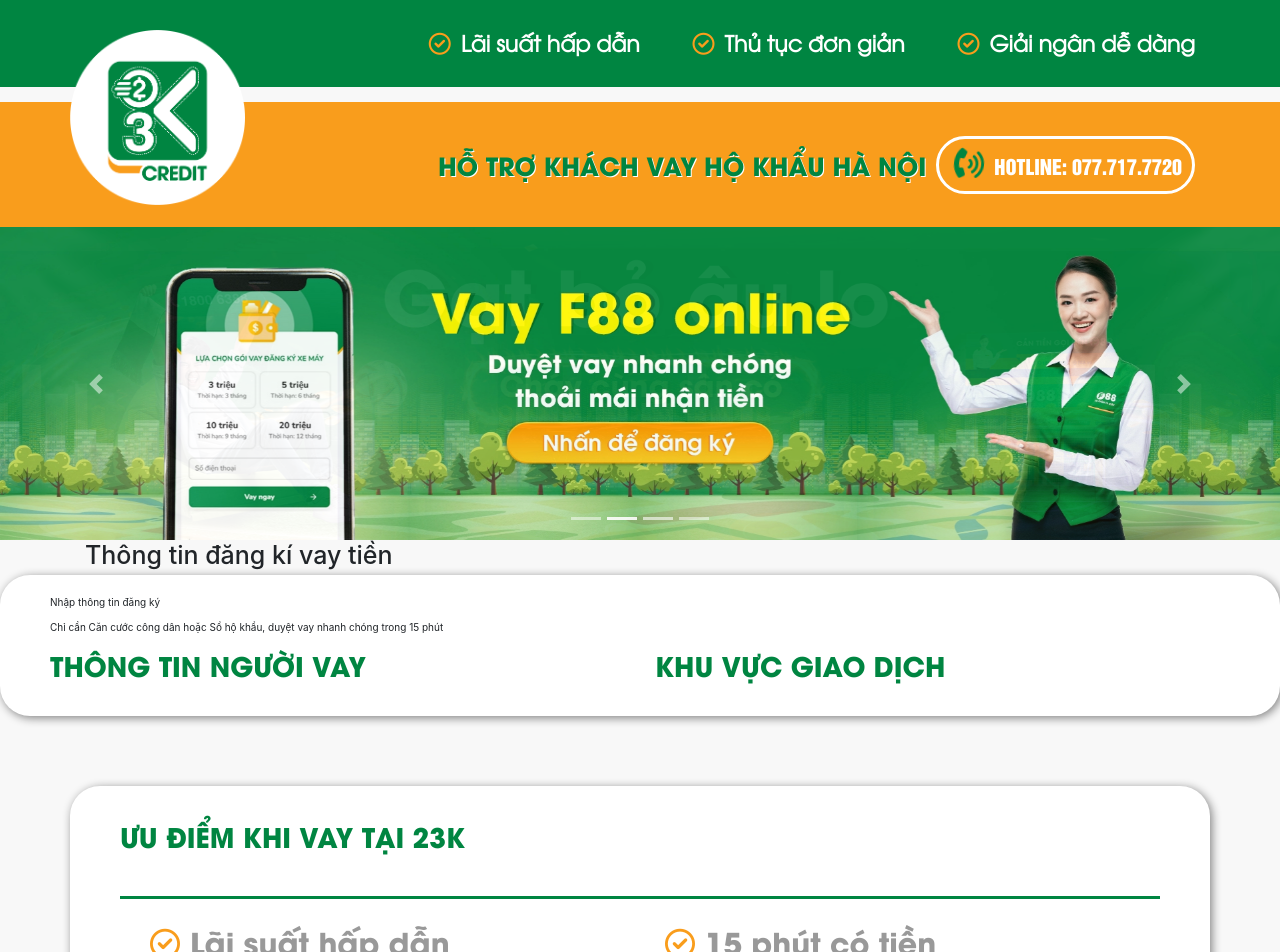
Repository: anhtu2110/23k.vn
Page: theme/index.html
These files come from the project's save history. The page is drawn as it stood at one moment and after the next save; the edit follows.
The browser window is 1280 px wide. The pictures show the part of the page from y = 0 to 952 px (the page is 2120 px tall).
A picture or video elsewhere on the page could not be fetched, so the positions and the page height are approximate.

Above is the page before, as saved 2022-12-29 23:18:37.

After the next save:
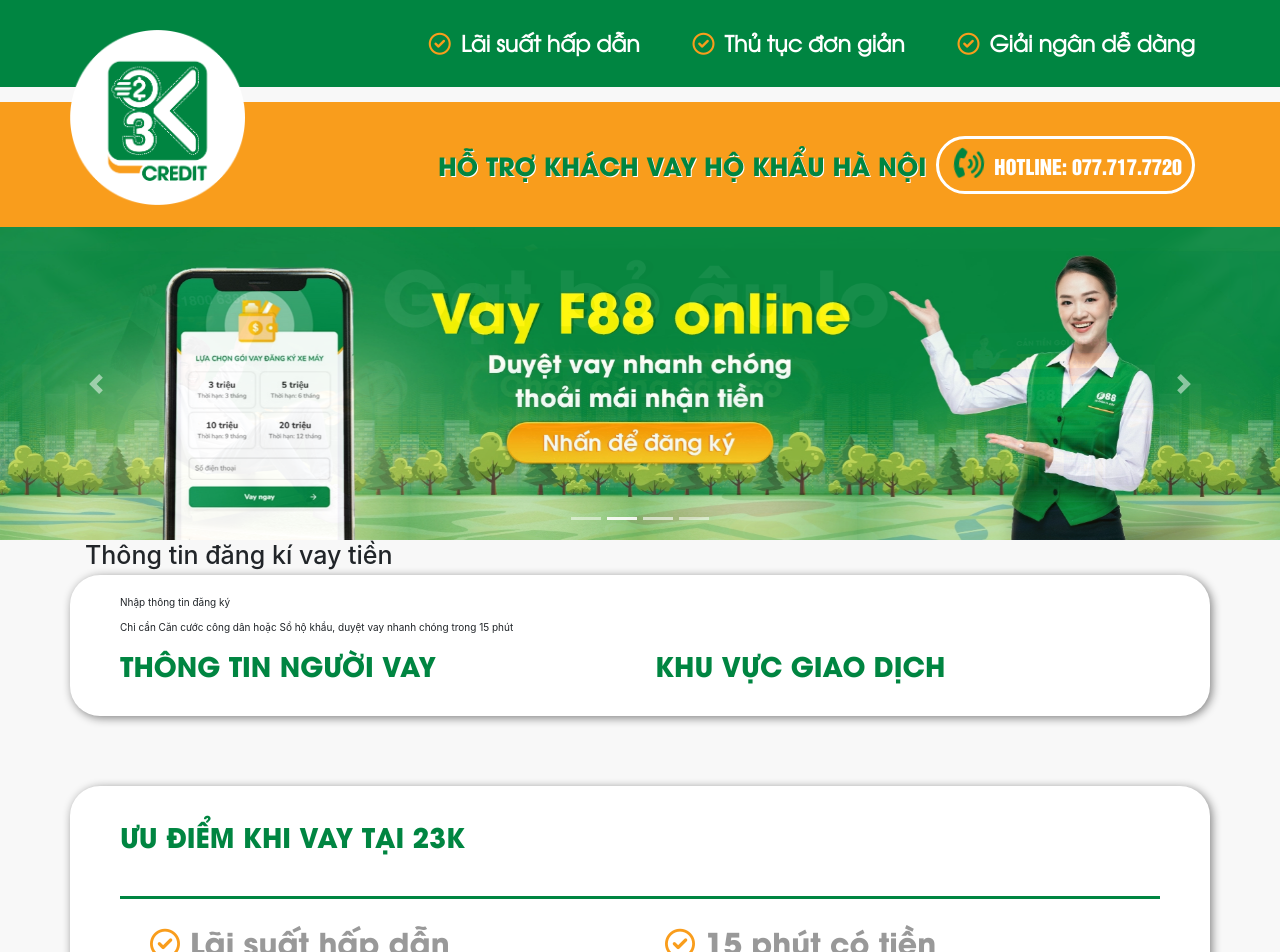
Saved 9 s later.
--- a/theme/index.html
+++ b/theme/index.html
@@ -101,7 +101,7 @@
                 <div class="container">
                     <h1>Thông tin đăng kí vay tiền</h1>
                 </div>
-                <div id="wp-form-reg" class="box">
+                <div id="wp-form-reg" class="container box">
                     <div class="form-reg-title">
                         <p>Nhập thông tin đăng ký</p>
                         <p class="condition-reg">Chỉ cần Căn cước công dân hoặc Sổ hộ khẩu, duyệt vay nhanh chóng
